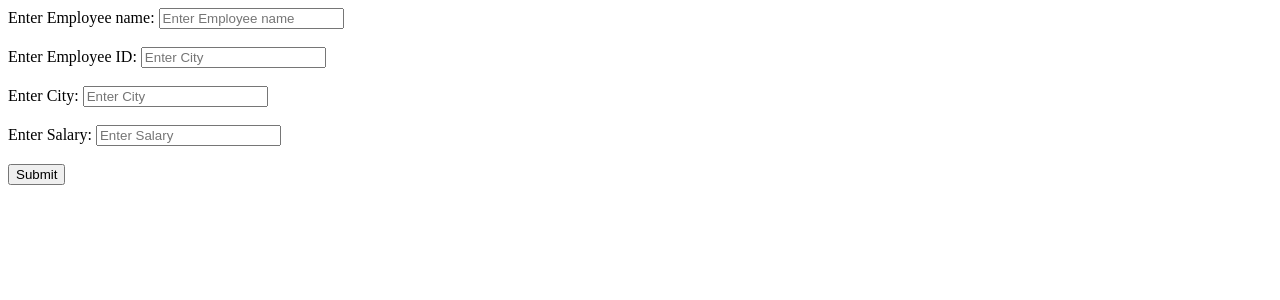
Repository: bigee1397/22-3-2024
Page: http://localhost/EmplyeeMavenApp/
The author's editor kept a copy of each file at every save. The page is drawn from the files as they stood at one save, then again after the next save.
The browser window is 1280 px wide. The pictures show the whole page.
The page is served by Tomcat 9.

Above is the page before, as saved 2024-03-14 10:09:13.

After the next save:
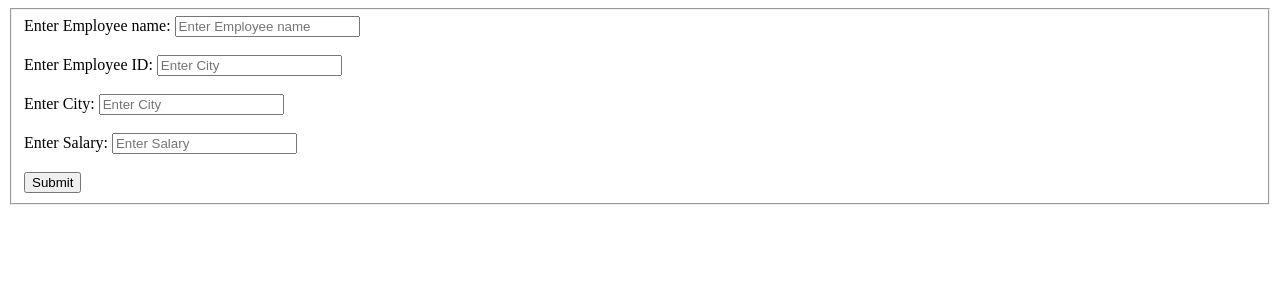
Saved 39 s later.
--- a/jspandservlets/EmplyeeMavenApp/src/main/webapp/index.jsp
+++ b/jspandservlets/EmplyeeMavenApp/src/main/webapp/index.jsp
@@ -9,6 +9,7 @@
 <body>
 	<!-- name, id, salary, city, course,  -->
 	<!--  -->
+	<fieldset>
 	<form action="employeeServlet" method="post">
 		Enter Employee name: <input type="text" name="employeeName" placeholder="Enter Employee name" />
     	<br><br>
@@ -35,5 +36,6 @@
         <br><br> -->
         <input type="submit" value="Submit">
 	</form>
+	</fieldset>
 </body>
 </html>
